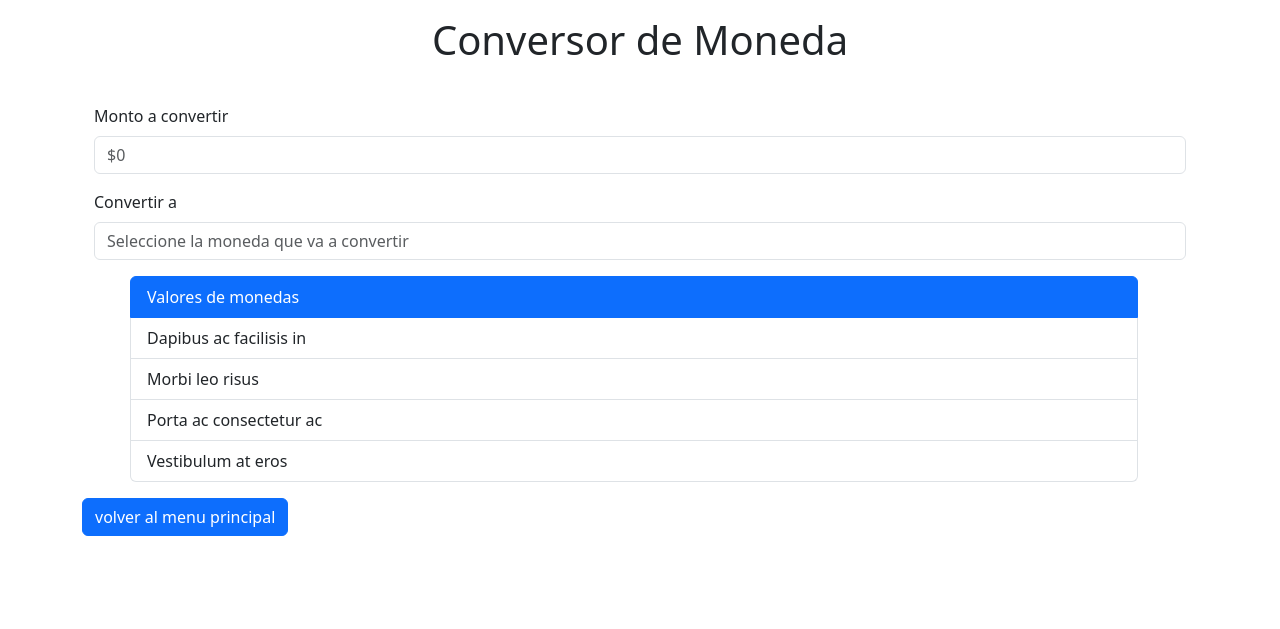
Repository: MaxiSoriano70/ALURA_Challenge_Oracle_ONE_Conversor
Page: http://localhost/conversores/WEB-INF/view/conversorDeMonedas.jsp
An editor plug-in stored every save of this project. The page is shown before and after the next save, followed by the edit.
The browser window is 1280 px wide. The pictures show the whole page.
The page is served by Tomcat 10. Nobody is signed in. Other server files are loaded and not shown. The template is opened directly, without the code that normally fills it, so the values that code supplies are empty.

Above is the page before, as saved 2023-05-13 06:54:28.

### Conversor/conversores/src/main/webapp/WEB-INF/view/conversorDeMonedas.jsp
<%@ page language="java" contentType="text/html; charset=ISO-8859-1"
	pageEncoding="ISO-8859-1"%>
<c:url value="/entrada" var="linkEntradaServlet"/>
<!DOCTYPE html>
<html>
<head>
<meta charset="ISO-8859-1">
<title>Conversor</title>
<link
	href="https://cdn.jsdelivr.net/npm/bootstrap@5.3.0-alpha3/dist/css/bootstrap.min.css"
	rel="stylesheet"
	integrity="sha384-KK94CHFLLe+nY2dmCWGMq91rCGa5gtU4mk92HdvYe+M/SXH301p5ILy+dN9+nJOZ"
	crossorigin="anonymous">
</head>
<body class="container">
	<div class="title text-center py-3">
		<h1>Conversor de Moneda</h1>
	</div>
	<div class="container-md my-3">
		<form action="${ linkEntradaServlet}" method="post">
		<div class="mb-3">
			<label for="formMonto" class="form-label">Monto a convertir </label> <input type="number" class="form-control"
				id="formMonto" placeholder="$0">
		</div>
		<div class="mb-3">
			<label for="formMoneda" class="form-label">Convertir a</label> <input class="form-control" list="datalistOptions"
				id="formMoneda" placeholder="Seleccione la moneda que va a convertir">
			<datalist id="datalistOptions">
				<option value="San Francisco">
				<option value="New York">
				<option value="Seattle">
				<option value="Los Angeles">
				<option value="Chicago">
			</datalist>
		</div>
		</form>
	</div>

	<div class="row mx-5">
		<ul class="list-group">
			<li class="list-group-item active">Valores de monedas</li>
			<li class="list-group-item">Dapibus ac facilisis in</li>
			<li class="list-group-item">Morbi leo risus</li>
			<li class="list-group-item">Porta ac consectetur ac</li>
			<li class="list-group-item">Vestibulum at eros</li>
		</ul>
	</div>
	<a href="entrada?accion=Index" class="btn btn-primary my-3">volver al menu principal</a>
	<script
		src="https://cdn.jsdelivr.net/npm/bootstrap@5.3.0-alpha3/dist/js/bootstrap.bundle.min.js"
		integrity="sha384-ENjdO4Dr2bkBIFxQpeoTz1HIcje39Wm4jDKdf19U8gI4ddQ3GYNS7NTKfAdVQSZe"
		crossorigin="anonymous"></script>
</body>
</html>

After the next save:
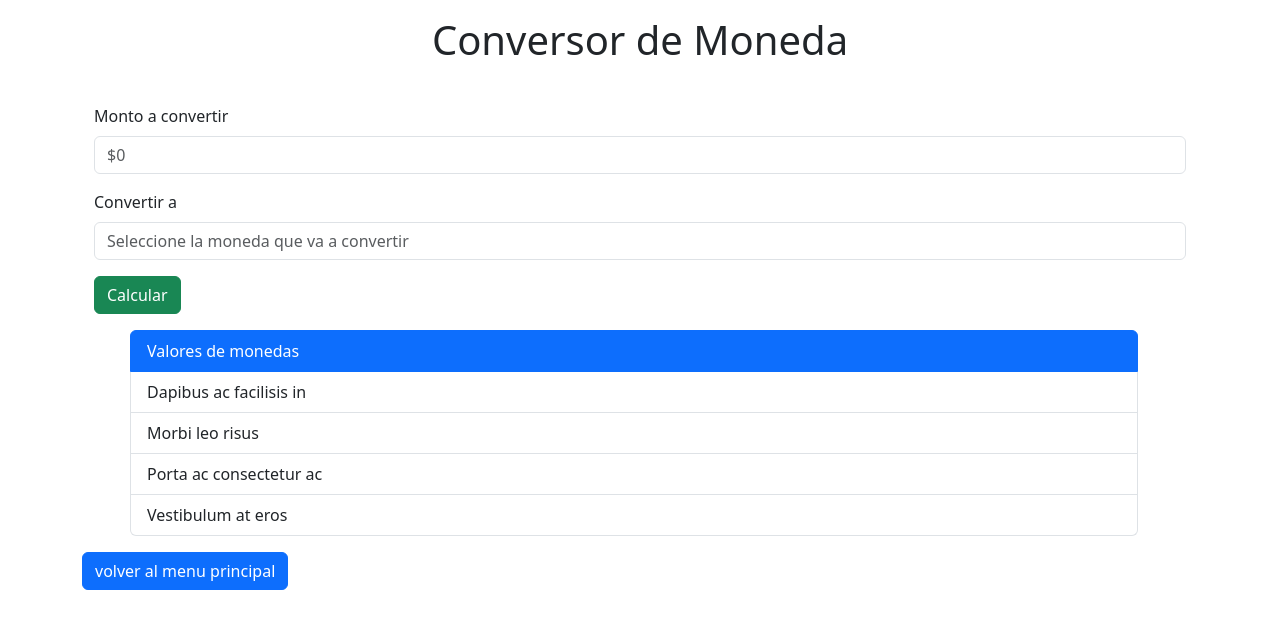
Saved 93 s later.
--- a/Conversor/conversores/src/main/webapp/WEB-INF/view/conversorDeMonedas.jsp
+++ b/Conversor/conversores/src/main/webapp/WEB-INF/view/conversorDeMonedas.jsp
@@ -33,6 +33,7 @@
 				<option value="Chicago">
 			</datalist>
 		</div>
+		<button type="submit" class="btn btn-success">Calcular</button>
 		</form>
 	</div>
 
